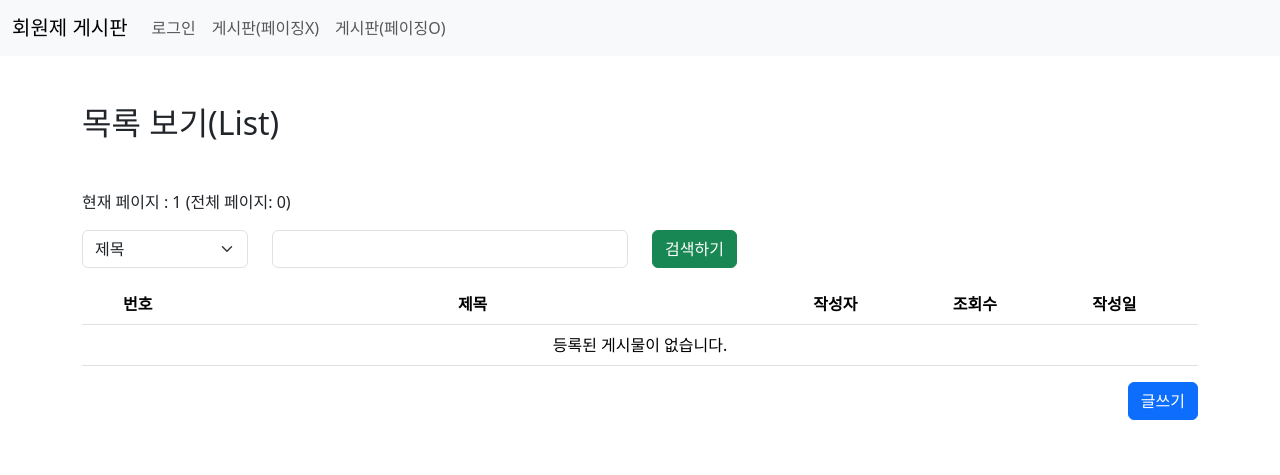
Repository: jungwoonAn/jsp_basic
Page: http://localhost/MustHaveJSP/09_PagingBoard/List.jsp
The author's editor kept a copy of each file at every save. The page is drawn from the files as they stood at one save, then again after the next save.
The browser window is 1280 px wide. The pictures show the whole page.
The page is served by Tomcat 10. Other server files are loaded and not shown. Queries for data that is not in the repository find no rows.

Above is the page before, as saved 2024-10-24 01:36:09.

### MustHaveJSP/src/main/webapp/09_PagingBoard/List.jsp
<%@page import="model1.board.BoardVO"%>
<%@page import="java.util.List"%>
<%@page import="java.util.HashMap"%>
<%@page import="java.util.Map"%>
<%@page import="model1.board.BoardDAO"%>
<%@page import="utils.BoardPage" %>
<%@ page language="java" contentType="text/html; charset=UTF-8"
    pageEncoding="UTF-8"%>
<%
// DAO 생성하여 DB연결
BoardDAO bDao = new BoardDAO(application);

// 사용자가 입력한 검색 조건을 Map에 저장
Map<String, Object> param = new HashMap<String, Object>();
String searchField = request.getParameter("searchField");
String searchWord = request.getParameter("searchWord");
if(searchWord != null){
	param.put("searchField", searchField);
	param.put("searchWord", searchWord);
}

// 게시물 수 확인
int totalCount = bDao.selectCount(param);

/** 페이징 처리 start **/
// 전체 페이지 수 계산(web.xml파라미터 값 받아와서 계산)
int pageSize = Integer.parseInt(application.getInitParameter("POSTS_PER_PAGE"));
int blockPage = Integer.parseInt(application.getInitParameter("PAGES_PER_BLOCK"));
int totalPage = (int)Math.ceil((double)totalCount / pageSize);  // 전체 페이지수

// 현재 페이지 확인
int pageNum = 1;  // 기본값
String pageTemp = request.getParameter("pageNum");
if(pageTemp != null && !pageTemp.equals(""))
	pageNum = Integer.parseInt(pageTemp);

// 화면에 표시할 게시물 범위 계산
int start = (pageNum -1) * pageSize + 1;  // 첫 게시물 번호
int end = pageNum * pageSize;  // 마지막 게시물 번호
// DAO 전달인자 값으로 파라미터에 실어 보냄
param.put("start", start);
param.put("end", end);
/** 페이징 처리 end **/

// 게시물 목록 받기
List<BoardVO> boardList = bDao.selectList(param);
bDao.close();

%>
<!DOCTYPE html>
<html>
<head>
<meta charset="UTF-8">
<title>회원제 게시판</title>
<link rel="stylesheet" href="https://cdn.jsdelivr.net/npm/bootstrap@5.3.3/dist/css/bootstrap.min.css">
</head>
<body>
	<jsp:include page="../Common/BSLink.jsp" />

	<div class="container">
		<h2 class="my-5">목록 보기(List)</h2>
		<p>현재 페이지 : <%= pageNum %> (전체 페이지: <%= totalPage %>)</p>
		<!-- 검색 폼 -->
		<!-- form태그에 action이 없으면 어디로?? => 직전화면으로 이동 -->
		<form method="get">
			<div class="mb-3 row">
				<div class="col-2">
					<select class="form-select" name="searchField">
					    <option value="title" selected>제목</option>
					    <option value="content">내용</option>
					</select>
				</div>
				<div class="col-4">
					<input type="text" class="form-control" name="searchWord">
				</div>
				<div class="col-2">
					<button type="submit" class="btn btn-success">검색하기</button>
				</div>
			</div>
		</form>

		<table class="table table-hover text-center">
			<thead>
			    <tr>
				    <th width="10%">번호</th>
					<th width="50%">제목</th>
					<th width="15%">작성자</th>
					<th width="10%">조회수</th>
					<th width="15%">작성일</th>
			    </tr>
			</thead>
			<%
			if(boardList.isEmpty()){
				// 게시물이 없을 때
			%>
				<tbody>
					<tr>
						<td colspan="5" style="text-align:center;">등록된 게시물이 없습니다.</td>
					</tr>
				</tbody>
			<%
			}else {
				// 게시물이 있을 때
				int virtualNum = 0;  // 화면상 게시물 번호
				int countNum = 0;  //
				for(BoardVO bVo : boardList){
					// virtualNum = totalCount--;  // 전체 게시물 수에서 시작해 1씩 감소
					virtualNum = totalCount - (((pageNum - 1) * pageSize) + countNum++);
				%>
					<tbody>
						<tr style="text-align:center;">
							<td><%= virtualNum %></td>
							<td>
								<a href="View.jsp?num=<%= bVo.getNum() %>"><%= bVo.getTitle() %></a>
							</td>
							<td><%= bVo.getId() %></td>
							<td><%= bVo.getVisitcount() %></td>
							<td><%= bVo.getPostdate() %></td>
						</tr>
					</tbody>

				<%
				}
			}
			%>
		</table>
		<!-- 목록 하단의 글쓰기 버튼 -->
		<div class="text-end">
			<button type="button" class="btn btn-primary" onclick="location.href='Write.jsp';">글쓰기</button>
		</div>
	</div>

	<script src="https://cdn.jsdelivr.net/npm/@popperjs/core@2.11.8/dist/umd/popper.min.js"></script>
	<script src="https://cdn.jsdelivr.net/npm/bootstrap@5.3.3/dist/js/bootstrap.min.js"></script>
</body>
</html>

### MustHaveJSP/src/main/webapp/Common/BSLink.jsp
<%@ page language="java" contentType="text/html; charset=UTF-8"
    pageEncoding="UTF-8"%>
<nav class="navbar navbar-expand-lg bg-body-tertiary">
  <div class="container-fluid">
    <a class="navbar-brand" href="List.jsp">회원제 게시판</a>
    <button class="navbar-toggler" type="button" data-bs-toggle="collapse" data-bs-target="#navbarNav" aria-controls="navbarNav" aria-expanded="false" aria-label="Toggle navigation">
      <span class="navbar-toggler-icon"></span>
    </button>
    <div class="collapse navbar-collapse" id="navbarNav">
      <ul class="navbar-nav">
        <!-- 로그인 여부에 따른 메뉴 변화 -->
		<% if(session.getAttribute("UserId")==null) {
		%>
			<li class="nav-item">
	          <a class="nav-link" href="../Common/LoginForm.jsp">로그인</a>
	        </li>
		<%
		}else {
		%>
			<li class="nav-item">
	          <a class="nav-link" href="../Common/Logout.jsp">로그아웃</a>
	        </li>
		<%
		}
		%>
        <li class="nav-item">
          <a class="nav-link" href="../BS_Board/List.jsp">게시판(페이징X)</a>
        </li>
        <li class="nav-item">
          <a class="nav-link" href="../09_PagingBoard/List.jsp">게시판(페이징O)</a>
        </li>
      </ul>
    </div>
  </div>
</nav>

### MustHaveJSP/src/main/java/model1/board/BoardDAO.java
package model1.board;

import java.util.ArrayList;
import java.util.List;
import java.util.Map;

import common.JDBConnect;
import jakarta.servlet.ServletContext;

public class BoardDAO extends JDBConnect {

	// 0.DB 연결
	public BoardDAO(ServletContext application) {
		super(application);
	}

	// 1-1.게시물 개수 세기
	public int selectCount(Map<String, Object> map) {
		int totalCount = 0;  // 결과(게시물 수)를 담을 변수

		// 모든 게시물 수를 얻어오는 쿼리
		String sql = "select count(*) from board";

		// 검색 조회 : select count(*) from board where title like '%지금은%';
		if(map.get("searchWord") != null) {
			sql += " where " + map.get("searchField") + " "
					+ " like '%" + map.get("searchWord") + "%'";
		}

		try {
			stmt = conn.createStatement();  //쿼리문 생성
			rs = stmt.executeQuery(sql);  // 쿼리 실행
			rs.next();  // 커서를 첫번째 생으로 이동
			totalCount = rs.getInt(1);  // 첫번째 컬럼 값을 가져옴
		}catch(Exception e) {
			System.out.println("게시물 수를 구하는 중 예외 발생");
			e.printStackTrace();
		}

		return totalCount;
	}

	// 1-2.게시물 목록 가져오기
	public List<BoardVO> selectList(Map<String, Object> map){
		List<BoardVO> list = new ArrayList<BoardVO>();  // 결과(게시물 목록)를 담을 변수

		// 모든 게시물 조회
		String sql = "select * from board";

		// 검색 조회 : select * from board where title like '%지금은%';
		if(map.get("searchWord") != null) {
			sql += " where " + map.get("searchField") + " "
					+ " like '%" + map.get("searchWord") + "%'";
		}
		sql += " order by num desc";

		try {
			stmt = conn.createStatement();
			rs = stmt.executeQuery(sql);

			while(rs.next()) {
				// 한 행(게시물 하나)의 내용을 VO에 저장
				BoardVO bVo = new BoardVO();

				bVo.setNum(rs.getString("num"));
				bVo.setTitle(rs.getString("title"));
				bVo.setContent(rs.getString("content"));
				bVo.setPostdate(rs.getDate("postdate"));
				bVo.setId(rs.getString("id"));
				bVo.setVisitcount(rs.getString("visitcount"));

				list.add(bVo);
			}
		}catch(Exception e) {
			System.out.println("게시물 조회 중 예외 발생");
			e.printStackTrace();
		}

		return list;
	}

	// 1-3.게시물 목록 가져오기(페이징 기능 추가)
	public List<BoardVO> selectListPage(Map<String, Object> map){
		List<BoardVO> list = new ArrayList<BoardVO>();  // 결과(게시물 목록)를 담을 변수

		// 모든 게시물 조회
		String sql = "select * from ("
				+ "		select Tb.*, rownum rNum from ("
				+ "			select * from board";

		// 검색 조회 : select * from board where title like '%지금은%';
		if(map.get("searchWord") != null) {
			sql += " where " + map.get("searchField") + " "
					+ " like '%" + map.get("searchWord") + "%'";
		}
		sql += "		order by num desc"
			+ "    ) Tb"
			+ ") where rNum between ? and ?";

		try {
			// 동적 쿼리문
			pstmt = conn.prepareStatement(sql);
			pstmt.setString(1, map.get("start").toString());
			pstmt.setString(2, map.get("end").toString());
			rs = pstmt.executeQuery();

			while(rs.next()) {
				// 한 행(게시물 하나)의 내용을 VO에 저장
				BoardVO bVo = new BoardVO();

				bVo.setNum(rs.getString("num"));
				bVo.setTitle(rs.getString("title"));
				bVo.setContent(rs.getString("content"));
				bVo.setPostdate(rs.getDate("postdate"));
				bVo.setId(rs.getString("id"));
				bVo.setVisitcount(rs.getString("visitcount"));

				list.add(bVo);
			}
		}catch(Exception e) {
			System.out.println("게시물 조회 중 예외 발생");
			e.printStackTrace();
		}

		return list;
	}

	// 2.작성한 글 받아 DB에 추가
	public int insertWrite(BoardVO bVo) {
		int result = 0;

		try {
			// insert 쿼리
			String sql = "insert into board(num, title, content, id, visitcount) "+
						"values(seq_board_num.nextval, ?, ?, ?, 0)";

			pstmt = conn.prepareStatement(sql);  // 동적 쿼리
			pstmt.setString(1, bVo.getTitle());
			pstmt.setString(2, bVo.getContent());
			pstmt.setString(3, bVo.getId());

			result = pstmt.executeUpdate();  // 쿼리 성공하면 추가한 행 개수 반환
		}catch(Exception e) {
			System.out.println("게시물 입력 중 예외 발생");
			e.printStackTrace();
		}

		return result;
	}

	// 3-1.선택한 게시물 찾아 내용 반환
	public BoardVO selectView(String num) {
		BoardVO bVo = new BoardVO();

		// 쿼리문
		String sql = "select B.*, M.name from member M, board B where M.id=B.id and num=?";

		try {
			pstmt = conn.prepareStatement(sql);
			pstmt.setString(1, num);  // 인파라미터를 일련번호로 설정
			rs = pstmt.executeQuery();

			// 결과 처리
			if(rs.next()) {
				bVo.setNum(rs.getString("num"));
				bVo.setTitle(rs.getString("title"));
				bVo.setContent(rs.getString("content"));
				bVo.setPostdate(rs.getDate("postdate"));
				bVo.setId(rs.getString("id"));
				bVo.setVisitcount(rs.getString("visitcount"));
				bVo.setName(rs.getString("name"));
			}
		}catch(Exception e) {
			System.out.println("게시물 상세보기 중 예외 발생");
			e.printStackTrace();
		}

		return bVo;
	}

	// 3-2.선택한 게시물의 조회수 1증가
	public void updateVisitCount(String num) {
		// 쿼리문
		String sql = "update board set visitcount=visitcount+1 where num=?";

		try {
			pstmt = conn.prepareStatement(sql);
			pstmt.setString(1, num);
			pstmt.executeUpdate();
		}catch(Exception e) {
			System.out.println("게시물 조회수 증가 중 예외 발생");
			e.printStackTrace();
		}
	}

	// 4.선택한 게시물 수정
	public int updateEdit(BoardVO bVo) {
		int result = 0;

		try {
			// 쿼리문
			String sql = "update board set title=?, content=? where num=?";

			pstmt = conn.prepareStatement(sql);
			pstmt.setString(1, bVo.getTitle());
			pstmt.setString(2, bVo.getContent());
			pstmt.setString(3, bVo.getNum());
			result = pstmt.executeUpdate();
		}catch(Exception e) {
			System.out.println("게시물 수정 중 예외 발생");
			e.printStackTrace();
		}

		return result;
	}

	// 5.선택한 게시물 삭제
	public int deletePost(BoardVO bVo) {
		int result = 0;

		try {
			// 쿼리문
			String sql = "delete from board where num=?";

			pstmt = conn.prepareStatement(sql);
			pstmt.setString(1, bVo.getNum());
			result = pstmt.executeUpdate();

		}catch(Exception e) {
			System.out.println("게시물 삭제 중 예외 발생");
			e.printStackTrace();
		}

		return result;
	}
}

### MustHaveJSP/src/main/java/utils/BoardPage.java
package utils;

public class BoardPage {
	public static String pagingStr(int totalCount, int pageSize, int blockPage,
			int pageNum, String reqUrl) {

		String pagingStr = "";

		// 3단계 : 전체 페이지 수 계산
		int totalPages = (int)(Math.ceil((double) totalCount/pageSize));

		// 4단계 : '이전 페이지 블록 바로가기' 출력
		int pageTemp = (((pageNum - 1) / blockPage) * blockPage) + 1;
		if(pageTemp != 1) {
			pagingStr += "<li class='page-item'>\r\n"
					+ "      <a class='page-link' href='"+ reqUrl +"?pageNum=1'>&laquo;</a>\r\n"
					+ "    </li>";
			pagingStr += "&nbsp;";
			pagingStr += "<li class='page-item'>\r\n"
					+ "      <a class='page-link' href='"+ reqUrl +"?pageNum="+ (pageTemp - 1) +"'>이전</a>"
					+ "    </li>";
		}

		// 5단계 : 각 페이지 번호 출력
		int blockCount = 1;
		while(blockCount <= blockPage && pageTemp <= totalPages) {
			if(pageTemp == pageNum) {
				// 현재 페이지는 active
				pagingStr += "&nbsp;";
				pagingStr += "<li class='page-item active'>\r\n"
						+ "      <a class='page-link' href='#'>"+ pageTemp +"</a>"
						+ "    </li>";
				pagingStr += "&nbsp;";
			}else {
				pagingStr += "&nbsp;";
				pagingStr += "<li class='page-item'>\r\n"
						+ "      <a class='page-link' href='"+ reqUrl +"?pageNum="+ pageTemp +"'>"+ pageTemp +"</a>"
						+ "    </li>";
				pagingStr += "&nbsp;";
			}
			pageTemp++;
			blockCount++;
		}

		// 6단계 : '다음 페이지 블록 바로가기' 출력
		if(pageTemp <= totalPages) {
			pagingStr += "<li class='page-item'>\r\n"
					+ "      <a class='page-link' href='"+ reqUrl +"?pageNum="+ pageTemp +"'>다음</a>"
					+ "    </li>";
			pagingStr += "&nbsp;";
			pagingStr += "<li class='page-item'>\r\n"
					+ "      <a class='page-link' href='"+ reqUrl +"?pageNum="+ totalPages +"'>&raquo;</a>\r\n"
					+ "    </li>";
		}

		return pagingStr;
	}
}

After the next save:
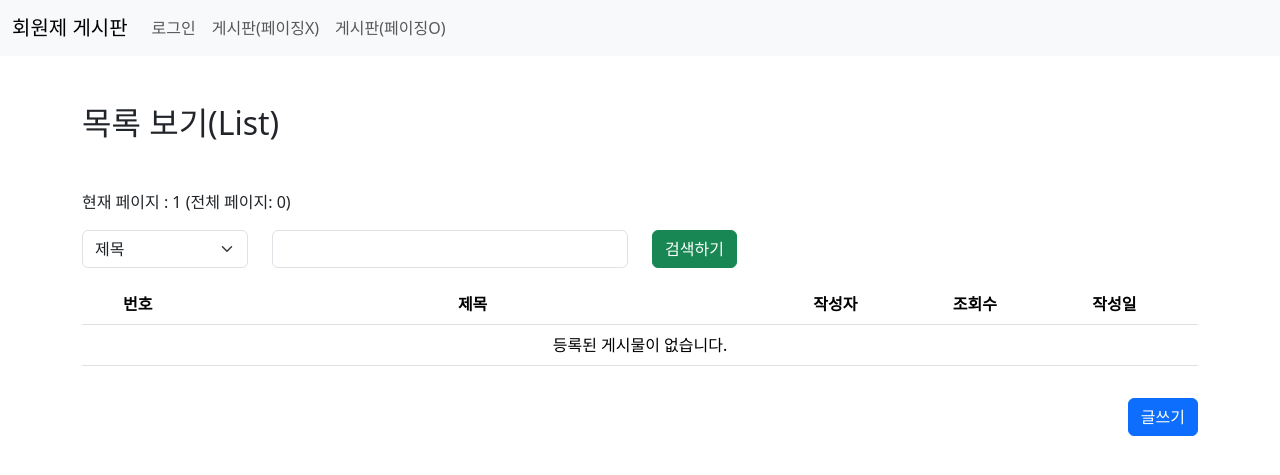
Saved 4 min 30 s later.
--- a/MustHaveJSP/src/main/webapp/09_PagingBoard/List.jsp
+++ b/MustHaveJSP/src/main/webapp/09_PagingBoard/List.jsp
@@ -124,6 +124,15 @@ bDao.close();
 			}
 			%>
 		</table>
+		<!-- 페이징 처리 -->
+		<nav aria-label="Page navigation example">
+		    <ul class="pagination">
+		    	<%= BoardPage.pagingStr(totalCount, pageSize, blockPage,
+		    			pageNum, request.getRequestURI()) %>
+		    </ul>
+		</nav>
+
+
 		<!-- 목록 하단의 글쓰기 버튼 -->
 		<div class="text-end">
 			<button type="button" class="btn btn-primary" onclick="location.href='Write.jsp';">글쓰기</button>
